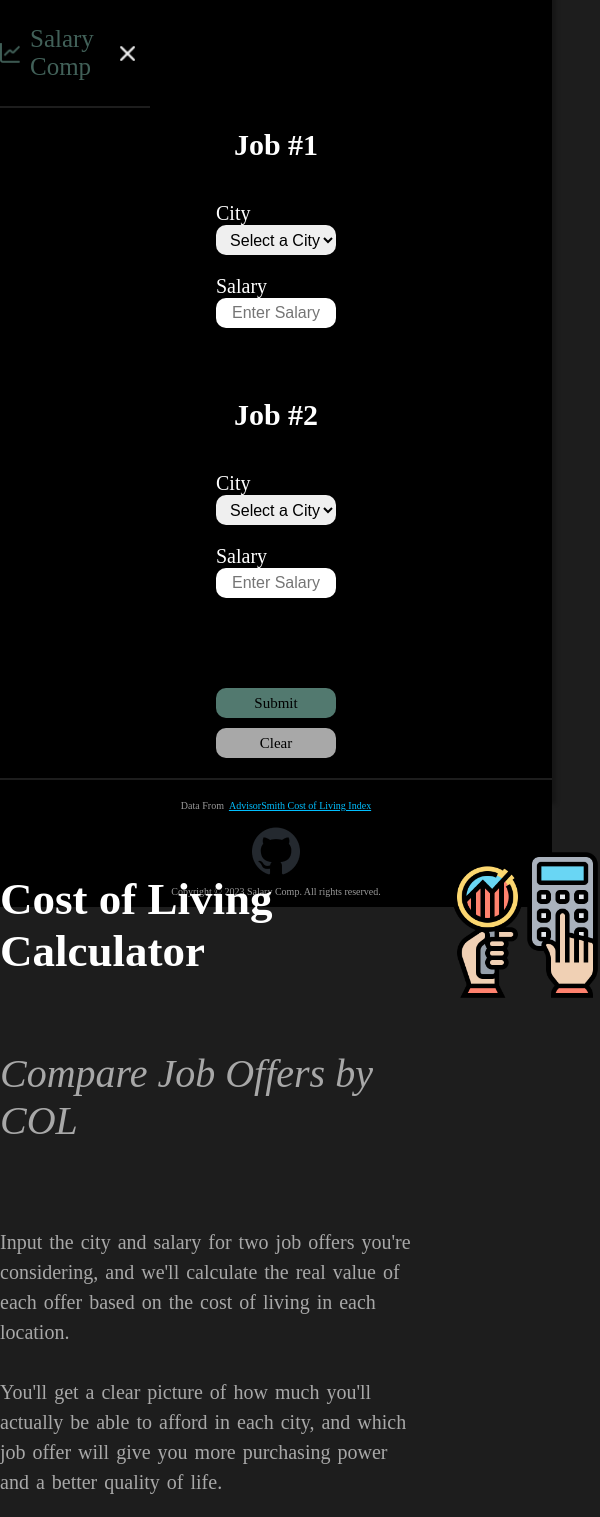
Repository: robbymcd/Salary-Comp
Page: /
These files come from the project's save history. The page is drawn as it stood at one moment and after the next save; the edit follows.
The browser window is 600 px wide. The pictures show the whole page.
Some web fonts or font styles are not loaded; a fallback is used. The project was rebuilt for these pictures with package versions that can differ from the ones it lists, and the page was loaded fresh each time. Also part of the build but not shown: src/Main.css, src/Main.js.

Above is the page before, as saved 2023-06-16 17:56:24.

### public/index.html
<!DOCTYPE html>
<html lang="en">
  <head>
    <meta charset="utf-8" />
    <link rel="icon" href="%PUBLIC_URL%/favicon.ico" />
    <meta name="viewport" content="width=device-width, initial-scale=1" />
    <meta name="theme-color" content="#000000" />
    <meta
      name="description"
      content="Compare Job Offers by COL"
    />
    <link rel="apple-touch-icon" href="%PUBLIC_URL%/favicon.ico" />
    <!--
      manifest.json provides metadata used when your web app is installed on a
      user's mobile device or desktop. See https://developers.google.com/web/fundamentals/web-app-manifest/
    -->
    <link rel="manifest" href="%PUBLIC_URL%/manifest.json" />
    <!--
      Notice the use of %PUBLIC_URL% in the tags above.
      It will be replaced with the URL of the `public` folder during the build.
      Only files inside the `public` folder can be referenced from the HTML.

      Unlike "/favicon.ico" or "favicon.ico", "%PUBLIC_URL%/favicon.ico" will
      work correctly both with client-side routing and a non-root public URL.
      Learn how to configure a non-root public URL by running `npm run build`.
    -->
    <title>Salary Comp</title>
  </head>
  <body>
    <noscript>You need to enable JavaScript to run this app.</noscript>
    <div id="root"></div>
    <!--
      This HTML file is a template.
      If you open it directly in the browser, you will see an empty page.

      You can add webfonts, meta tags, or analytics to this file.
      The build step will place the bundled scripts into the <body> tag.

      To begin the development, run `npm start` or `yarn start`.
      To create a production bundle, use `npm run build` or `yarn build`.
    -->
  </body>
</html>

### src/index.css
body {
  margin: 0;
  font-family: -apple-system, BlinkMacSystemFont, 'Segoe UI', 'Roboto', 'Oxygen',
    'Ubuntu', 'Cantarell', 'Fira Sans', 'Droid Sans', 'Helvetica Neue',
    sans-serif;
  -webkit-font-smoothing: antialiased;
  -moz-osx-font-smoothing: grayscale;
  height: 100%;
  width: 100%;
}

html {
  height: 100%;
  width: 100%;
  background-color: #1D1D1D;
}

code {
  font-family: source-code-pro, Menlo, Monaco, Consolas, 'Courier New',
    monospace;
}

### src/App.js
import React, { useState } from 'react';
import './App.css';
import Sidebar from './Sidebar.js';
import Content from './Content.js';

function App() {
  const [isSubmitted, setIsSubmitted] = useState(false);
  const [cityCOL1, setCityCOL1] = useState('');
  const [cityCOL2, setCityCOL2] = useState('');
  const [cityName1, setCityName1] = useState('');
  const [cityName2, setCityName2] = useState('');
  const [salary1, setSalary1] = useState('');
  const [salary2, setSalary2] = useState('');

  const handleFormSubmit = (formData) => {
    setIsSubmitted(true);
    setCityCOL1(formData.cityCOL1);
    setCityCOL2(formData.cityCOL2);
    setCityName1(formData.cityName1);
    setCityName2(formData.cityName2);
    setSalary1(formData.salary1);
    setSalary2(formData.salary2);
  };

  return (
    <div className="main">
        <Sidebar onFormSubmit={handleFormSubmit}/>
        <Content isSubmitted={isSubmitted} cityCOL1={cityCOL1} cityCOL2={cityCOL2} cityName1={cityName1} cityName2={cityName2} salary1={salary1} salary2={salary2} />
    </div>
  );
}

export default App;

### src/App.css
.main {
    display: flex;
    flex-direction: row;
    height: 200%;
    width: 100%;
    background-color: #1D1D1D;
}

@media screen and (max-width: 700px) {
    .main {
        flex-direction: column;
    }
}

### src/Content.js
import React from 'react';
import './Content.css';
import Instruction from './Instruction.js';
import Main from './Main.js';

export default function Content({ isSubmitted ,cityCOL1 ,cityCOL2, cityName1, cityName2 , salary1, salary2 }) {

    return (
        <div className='Content-container'>
            {isSubmitted ? <Main cityCOL1={cityCOL1} cityCOL2={cityCOL2} cityName1={cityName1} cityName2={cityName2} salary1={salary1} salary2={salary2}/> : <Instruction />}
        </div>
    );
}

### src/Sidebar.css
@import url('https://fonts.googleapis.com/css?family=Roboto-Mono');
@import url('https://fonts.googleapis.com/css?family=Mukta-Vaani');
.sidebar {
    display: flex;
    height: 100vh;
    width: fit-content;
}

.closed-sidebar {
    display: flex;
    height: 100vh;
    width: fit-content;
    margin-right: 22vw;
}

.plusIcon {
    height: 30px;
    width: 30px;
    margin-left: 20px;
    align-self: center;
    cursor: pointer;
}

.plusIcon:hover {
    opacity: 0.5;
}

.error {
    display: flex;
    font-size: 15px;
    margin-bottom: -15px;
    color: #BA1F33;
}

.button-container {
    display: flex;
    flex-direction: column;
    gap: 10px;
    margin-top: 20px;
}

.submit-container {
    display: flex;
}

.submit {
    height: 30px;
    width: clamp(100px, 20vw, 300px);
    border-radius: 10px;
    border: none;
    outline: none;
    cursor: pointer;
    background-color: #52796F;
    font-family: Mukta Vaani;
    font-size: 15px;
    color: #000;
    box-shadow: 0px 4px 4px rgba(0, 0, 0, 0.25);
}

.submit:hover {
    opacity: 0.8;
}

.clear-container {
    display: flex;
}

.clear {
    height: 30px;
    width: clamp(100px, 20vw, 300px);
    border-radius: 10px;
    border: none;
    outline: none;
    cursor: pointer;
    background-color: #a8a8a8;
    font-family: Mukta Vaani;
    font-size: 15px;
    color: #000;
    box-shadow: 0px 4px 4px rgba(0, 0, 0, 0.25);
}

.clear:hover {
    opacity: 0.8;
}

@media screen and (min-width: 1650px) {
    .button-container {
        gap: 20px;
    }
}

@media screen and (max-width: 700px) {
    .sidebar {
        width: 100%;
    }
}

### src/OpenSidebar.css
@import url('https://fonts.googleapis.com/css?family=Roboto-Mono');
@import url('https://fonts.googleapis.com/css?family=Mukta-Vaani');

.open-sidebar {
    display: flex;
    flex-direction: column;
    height: 100vh;
    width: 25vw;
    background-color: #000;
    box-shadow: 0px 0px 4px 4px rgba(0, 0, 0, 0.25);
    margin-right: 8vw;
    transition: transform 0.3s ease-in-out;
}

.sidebar-header {
    display: flex;
    width: 25vw;
    border-bottom: 2px solid #1d1d1d;
    justify-content: space-between;
    align-items: center;
}

.sidebar-wrapper {
    display: inline-block;
}

.centering {
    display: flex;
    flex-direction: row;
    width: 100%;
    align-self: center;
    align-items: center;
    justify-content: center;
}

.logo {
    display: flex;
    flex-direction: row;
    width: 100%;
    align-items: center;
    justify-content: center;
    gap: 10px;
    cursor: pointer;
}

.logo:hover {
    opacity: .8;
}

.logo p {
    font-family: Roboto Mono;
    color: #52796F;
    font-size: 25px;
}

.chart {
    height: 20px;
    width: 20px;
}

.city {
    display: flex;
    flex-direction: column;
    font-family: Mukta Vaani;
    font-style: normal;
    font-weight: 300;
    font-size: 20px;
    color: #fff;
}

.salary{
    display: flex;
    flex-direction: column;
    font-family: Mukta Vaani;
    font-style: normal;
    font-weight: 300;
    font-size: 20px;
    color: #fff;
}

.salary label {
    display: flex;
    justify-self: center;
}

.form {
    display: flex;
    flex-direction: column;
    font-family: Mukta Vaani;
    height: 100%;
    align-items: center;
    gap: 20px;
    border-bottom: 2px solid #1d1d1d;
    justify-content: center;
    padding: 20px;
}

.form h1 {
    color: #fff;
    font-family: Roboto Mono;
    font-size: 30px;
    font-weight: 700;
    font-style: normal;
    text-align: center;
    margin-top: 10px;
    margin-bottom: 0px;
}

select {
    cursor: pointer;
}

input {
    text-decoration: none;
    height: 30px;
    width: clamp(100px, 20vw, 300px);
    border-radius: 10px;
    outline: none;
    border: none;
    padding: 0;
    text-align: center;
    font-size: 16px;
    cursor: pointer;
}

.salarycomp {
    height: 80px;
    width: 360px;
}

.x {
    height: 25px;
    width: 25px;
    cursor: pointer;
    margin-right: 10px;
}

.x:hover {
    opacity: 0.5;
    transition: ease-in-out 0.2s;
}

.footer {
    display: flex;
    flex-direction: column;
    align-items: center;
    justify-content: center;
    width: 100%;
    background-color: #000;
}

.footer p {
    color: #fff;
    opacity: .6;
    font-family: 'Mukta Vaani';
    font-style: normal;
    font-weight: 300;
    font-size: 14px;
    text-align: center;
}

.hiw {
    display: flex;
    flex-direction: row;
    align-items: center;
    justify-content: center;
    gap: 10px;
}

.hiw a {
    font-size: 14px;
    font-weight: 300;
    font-family: 'Mukta Vaani';
    color: #00bfff;
}

.hiw a:hover {
    opacity: 0.5;
    transition: ease-in-out 0.2s;
}

.github {
    height: 50px;
    width: 50px;
    cursor: pointer;
}

.github:hover {
    opacity: 0.8;
}

@media screen and (max-width: 1000px) {
    .footer p {
        font-size: 10px;
    }

    .hiw a {
        font-size: 10px;
    }

    .hiw {
        margin-top: 10px;
        margin-bottom: 5px;
        gap: 5px;
    }
}

@media screen and (min-height: 800px) {
    .form h1 {
        margin-top: 0;
        margin-bottom: 20px;
    }

    input {
        margin-bottom: 50px;
    }
}

@media screen and (max-width: 700px) {
    .open-sidebar {
        width: 100%;
    }
}

### src/Select.css
.select-main {
    text-decoration: none;
    height: 30px;
    width: clamp(100px, 20vw, 300px);
    border-radius: 10px;
    outline: none;
    text-align: center;
    font-size: 16px;
}

.select-main select {
    text-align: center;
    text-decoration: none;
    outline: none;
    border: none;
    height: 30px;
    width: clamp(100px, 20vw, 300px);
    border-radius: 10px;
    font-size: 16px;
    padding-left: 10px;
}

### src/Content.css
@import url('https://fonts.googleapis.com/css?family=Kadwa');
@import url('https://fonts.googleapis.com/css?family=Hind-Madurai');

.Content-container {
    display: flex;
    width: 100%;
}

.header {
    display: flex;
    flex-direction: row;
    align-items: center;
    margin-top: 50px;
    gap: 25px;
}

.content h1 {
    font-family: Kadwa;
    font-weight: bold;
    font-size: 45px;
    height: 100%;
    margin: 0;
}

.content h2 {
    font-family: Hind Madurai;
    font-size: 40px;
    color: #a8a8a8;
    margin-top: 50px;
    width: 75%;
    font-weight: 500;
    font-style: italic;
}

.content p {
    display: flex;
    width: 50vw;
    font-family: Hind Madurai;
    font-size: 20px;
    color: #a8a8a8;
    word-spacing: 2px;
    line-height: 1.5;
    margin-top: 50px;
    width: 70%;
}

.content {
    display: flex;
    flex-direction: column;
    color: #fff;
    height: fit-content;
    width: 100%;
    justify-items: center;
}

.calculator {
    display: flex;
    height: 150px;
    width: 150px;
}

### src/Instruction.js
import calculator from './calculator.png';

export default function Instruction() {
    return (
        <div className="content">
            <div className="header">
                <h1>Cost of Living Calculator</h1>
                <img className="calculator" src={calculator} alt='calculator'></img>
            </div>
            <h2>Compare Job Offers by COL</h2>
            <p>Input the city and salary for two job offers you're considering, and we'll calculate the real value of each offer based on the cost of living in each location.<br/><br/>You'll get a clear picture of how much you'll actually be able to afford in each city, and which job offer will give you more purchasing power and a better quality of life.
            </p>
        </div>
    );
}

Loaded but not shown: src/index.js (common file); src/reportWebVitals.js (common file); src/Sidebar.js (399 lines, source omitted)

After the next save:
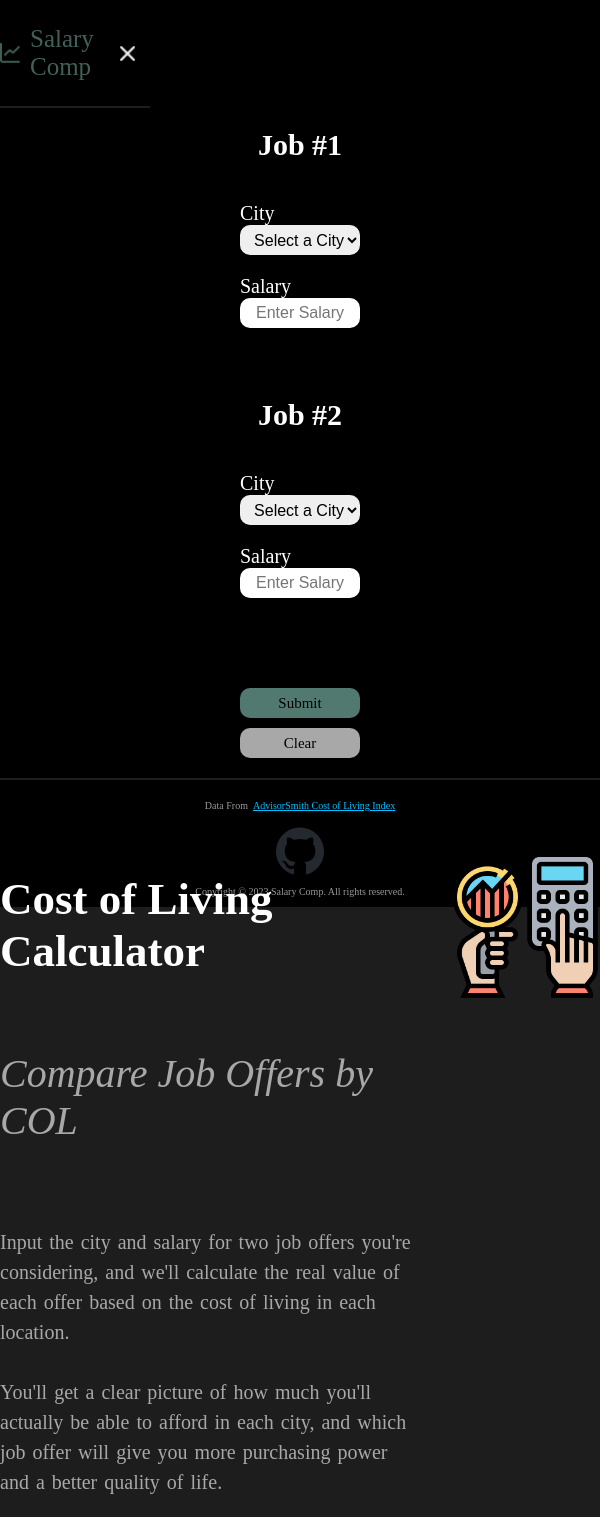
Saved 6 s later.
--- a/src/OpenSidebar.css
+++ b/src/OpenSidebar.css
@@ -219,5 +219,6 @@ input {
 @media screen and (max-width: 700px) {
     .open-sidebar {
         width: 100%;
-    }
-}
+        margin: 0;
+    }
+}
